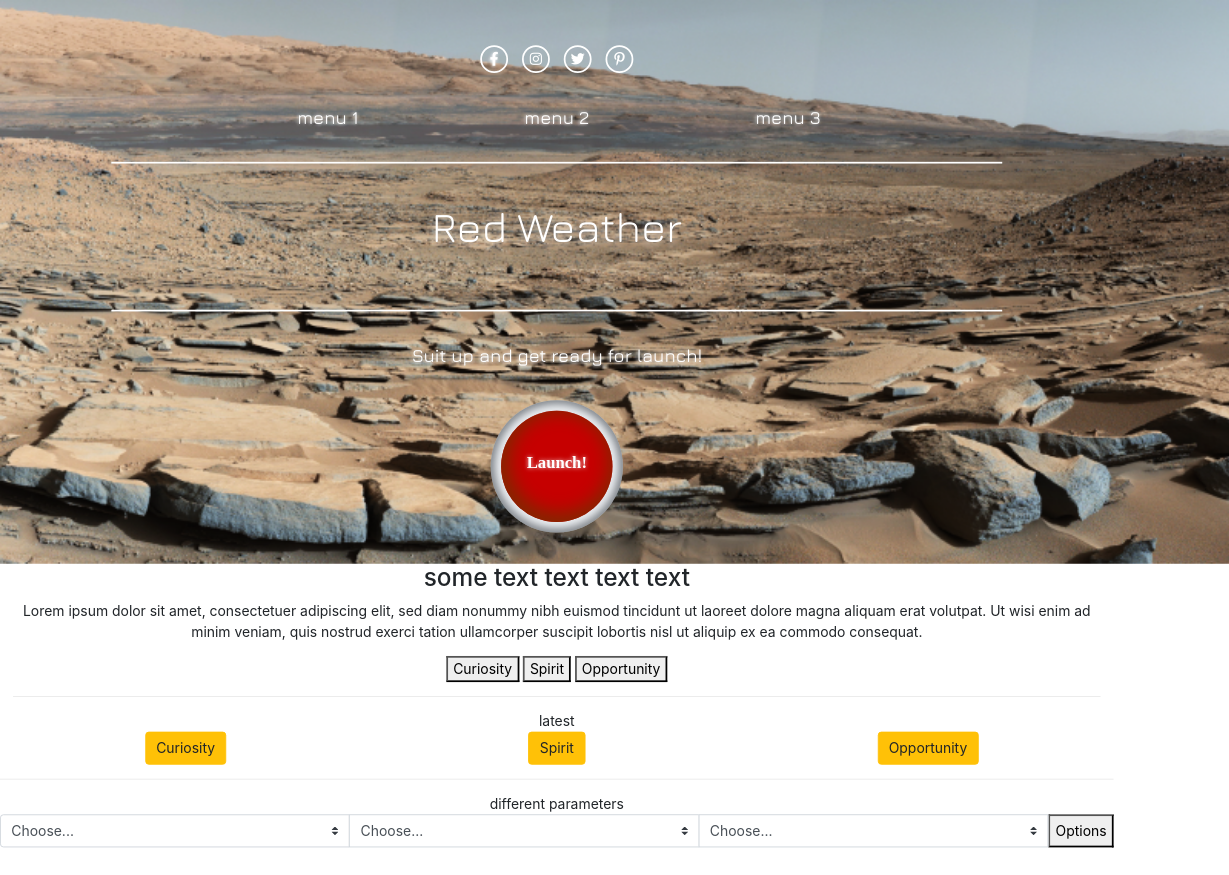
Repository: romqrq/Red-Planet-Explorer
Page: index.html
The author's editor kept a record of every edit. The page is drawn from the files as they stood at one moment, then again after the next edit.
The browser window is 1280 px wide. The page is 1413 px wide, so the pictures cover 1413 px, including what lies to the right of the window. The pictures show the whole page, at 87% of full size.
Some web fonts or font styles are not loaded; a fallback is used. Some web libraries are served in a nearby version.

Above is the page before.

### index.html
<!DOCTYPE html>
<html lang="en">

<head>
    <meta charset="UTF-8">
    <meta name="viewport" content="width=device-width, initial-scale=1.0">
    <meta http-equiv="X-UA-Compatible" content="ie=edge">
    <title>Red Weather</title>
    <link rel="stylesheet" href="https://cdnjs.cloudflare.com/ajax/libs/font-awesome/5.10.2/css/all.min.css" type="text/css" />
    <link rel="stylesheet" href="https://stackpath.bootstrapcdn.com/bootstrap/4.3.1/css/bootstrap.min.css" crossorigin="anonymous">
    <link rel="stylesheet" href="assets/css/style.css" type="text/css" />


    <script src="https://code.jquery.com/jquery-3.4.1.js" integrity="sha256-WpOohJOqMqqyKL9FccASB9O0KwACQJpFTUBLTYOVvVU=" crossorigin="anonymous"></script>
    <script type="text/javascript" src="assets/js/jquery.js"></script>
    <script type="text/javascript" src="assets/js/main.js"></script>
    <!--<script type="text/javascript" src="assets/js/main2.js"></script>-->
    <!--<script type="text/javascript" src="assets/js/main3.js"></script>-->

</head>

<body>
    <header>
        <div class="container-fluid main-screen-container">
            <img class="testbg" src="assets/images/mars.png"></img>
            <div class="row social-row">
                <div class="col-12 social-col">
                    <i class="fab fa-facebook-f round-border text-shadow"></i>
                    <i class="fab fa-instagram round-border"></i>
                    <i class="fab fa-twitter round-border"></i>
                    <i class="fab fa-pinterest-p round-border"></i>
                </div>
            </div>
            <div class="row" role="navigation">
                <a class="col-4 text-right main-text-light text-shadow" href="#">menu 1</a>
                <a class="col-4 text-center main-text-light text-shadow" href="#">menu 2</a>
                <a class="col-4 text-left main-text-light text-shadow" href="#">menu 3</a>
            </div>
            <hr class="hr-divider">
            <div class="row">
                <div class="col-12 text-center">
                    <p class="main-title title-shadow">Red Weather</p>
                </div>
            </div>
            <hr class="hr-divider">
            <div class="row">
                <div class="col-12">
                    <p class="main-text-light text-center text-shadow">Suit up and get ready for launch!</p>
                </div>
            </div>
            <div>
                <div class="launch-button-div">
                    <button class="btn launch-button">Launch!</button>
                </div>
            </div>
            <!--<div class="row">-->
            <!--    <div class=navbar>-->
            <!--        <ul class="navbar-nav">-->
            <!--            <li class="nav-item">-->
            <!--                <a href="#" class="nav-link">menu button 1</a>-->
            <!--            </li>-->
            <!--            <li class="nav-item">-->
            <!--                <a href="#" class="nav-link">menu button 2</a>-->
            <!--            </li>-->
            <!--            <li class="nav-item">-->
            <!--                <a href="#" class="nav-link">menu button 3</a>-->
            <!--            </li>-->
            <!--        </ul>-->
            <!--    </div>-->
            <!--</div>-->
        </div>
        <!--<nav class="navbar navbar-expand-md navbar-dark bg-blue">-->
        <!-- Brand -->
        <!--    <a class="brand-text" href="#"><span class="NE-text">RW</span> | Red Weather</a>-->

        <!-- Toggler/collapsibe Button -->
        <!--    <button class="navbar-toggler" type="button" data-toggle="collapse" data-target="#collapsibleNavbar">-->
        <!--        <span class="navbar-toggler-icon"></span>-->
        <!--    </button>-->

        <!-- Navbar links -->
        <!--    <div class="collapse navbar-collapse" id="collapsibleNavbar">-->
        <!--        <ul class="navbar-nav">-->
        <!--            <li class="nav-item">-->
        <!--                <a class="nav-link" href="#">Link</a>-->
        <!--            </li>-->
        <!--            <li class="nav-item">-->
        <!--                <a class="nav-link" href="#">Link</a>-->
        <!--            </li>-->
        <!--            <li class="nav-item">-->
        <!--                <a class="nav-link" href="#">Link</a>-->
        <!--            </li>-->
        <!--        </ul>-->
        <!--    </div>-->
        <!--</nav>-->
    </header>
    <section class="callout">
        <div class="container-fluid text-center align-middle">
            <div>
                <h3>some text text text text</h3>
                <p>Lorem ipsum dolor sit amet, consectetuer adipiscing elit, sed diam nonummy nibh euismod tincidunt ut laoreet dolore magna aliquam erat volutpat. Ut wisi enim ad minim veniam, quis nostrud exerci tation ullamcorper suscipit lobortis nisl
                    ut aliquip ex ea commodo consequat.</pp>
            </div>
            <button onclick="setName('curiosity'), writeToDocument()">Curiosity</button>
            <button onclick="setName('spirit'), writeToDocument()">Spirit</button>
            <button onclick="setName('opportunity')">Opportunity</button>
            <hr>
            <div>latest</div>
            <div class="row">
                <div class="col-4">
                    <button class="btn btn-warning latest-button" id="buttonCuriosity" onclick="writeLatestToDocument()" value="curiosity">Curiosity</button>
                </div>
                <div class="col-4">
                    <button class="btn btn-warning latest-button" id="buttonSpirit" onclick="writeLatestToDocument()" value="spirit">Spirit</button>
                </div>
                <div class="col-4">
                    <button class="btn btn-warning latest-button" id="buttonOpportunity" onclick="writeLatestToDocument()" value="opportunity">Opportunity</button>
                </div>
            </div>
        </div>
    </section>
    <hr>
    <div class=text-center>different parameters</div>
    <div class="input-group mb-3">
        <div class="input-group mb-3">
            <select class="custom-select" id="inputRoverName">
            <option selected>Choose...</option>
            <option value="curiosity">Curiosity</option>
            <option value="spirit">Spirit</option>
            <option value="opportunity">Opportunity</option>
        </select>
            <select class="custom-select" id="inputSolNumber">
          <option selected>Choose...</option>
          <option value="500">500</option>
          <option value="1000">1000</option>
          <option value="1500">1500</option>
        </select>
            <select class="custom-select" id="inputCamName">
          <option selected>Choose...</option>
          <option value="fhaz">FHAZ</option>
          <option value="rhaz">RHAZ</option>
          <option value="mast">Mast</option>
        </select>
            <button onclick="writeParamsToDocument()">Options</button>
        </div>


        <div id="data"></div>
        <div id="data2"></div>
        <footer>

        </footer>
        <script src="https://code.jquery.com/jquery-3.3.1.slim.min.js" integrity="sha384-q8i/X+965DzO0rT7abK41JStQIAqVgRVzpbzo5smXKp4YfRvH+8abtTE1Pi6jizo" crossorigin="anonymous"></script>
        <script src="https://cdnjs.cloudflare.com/ajax/libs/popper.js/1.14.7/umd/popper.min.js" integrity="sha384-UO2eT0CpHqdSJQ6hJty5KVphtPhzWj9WO1clHTMGa3JDZwrnQq4sF86dIHNDz0W1" crossorigin="anonymous"></script>
        <script src="https://stackpath.bootstrapcdn.com/bootstrap/4.3.1/js/bootstrap.min.js" integrity="sha384-JjSmVgyd0p3pXB1rRibZUAYoIIy6OrQ6VrjIEaFf/nJGzIxFDsf4x0xIM+B07jRM" crossorigin="anonymous"></script>

</body>

</html>

### assets/css/style.css
/*General*/

@import url('https://fonts.googleapis.com/css?family=Revalia|Roboto:400,500|Jura:300,400,500&display=swap');

.testbg {
    position: absolute;
    top: 0;
    left: 0;
    height: 90vh;
    z-index: -1;
}

a {
    text-decoration: none;
    color: inherit;

}

/*.bg-blue {*/

/*    background-color: #01479e;*/

/*}*/

/*.callout {*/

/*    background-color: #e9ecefb0;*/

/*    height: 50vh;*/

/*}*/

.title-shadow {
    text-shadow: -1px 3px 8px #ffffff9e;
}

.text-shadow {
    text-shadow: -1px 1px 4px #ffffff;
}

.no-side-padding {
    padding-left: 0;
    padding-right: 0;
}

.main-screen-container {
    height: 90vh;
    padding: 1rem;
    /*background-image: url("mars.png");*/
    /*background-position: center;*/
    /*background-repeat: no-repeat;*/
    /*background-size: cover;*/
    /*background-color: black;*/
    display: flex;
    flex-direction: column;
    justify-content: space-evenly;
}

.social-row {
    padding: 1rem;
}

.social-col {
    flex-direction: row;
    display: flex;
    justify-content: center;
}

.round-border {
    border-radius: 50%;
    height: 2rem;
    border: 2px solid white;
    width: 2rem;
    justify-content: center;
    display: flex;
    line-height: 1.8rem;
    color: white;
    margin: 0 0.5rem;
}

.main-text-light {
    color: white;
    font-family: "Jura", "Revalia";
    font-weight: 500;
    font-size: 1.3rem;
}

.main-title {
    font-family: "Revalia", "Jura";
    font-size: 3rem;
    color: white;
    padding: 0 0 0.5rem;
}

.hr-divider {
    border-top: 2px solid rgb(255, 255, 255);
    width: 80vw;
}

.launch-button-div {
    height: 9.5rem;
    width: 9.5rem;
    background-color: #e9ecef;
    padding: 0.75rem;
    border-radius: 50%;
    box-shadow: inset 0px 0px 9px 5px #343a408a;
    margin: auto;
}

.launch-button {
    background-color: #c60000;
    color: white;
    border: 0px solid white;
    font-size: 1.2rem;
    font-family: "Revalia";
    font-weight: 700;
    text-shadow: 0px 0px 5px #ffffffcf;
    padding: 0.5rem 1rem 1rem;
    height: 8rem;
    width: 8rem;
    border-radius: 50%;
    box-shadow: inset 3px -4px 20px 7px #842600;
}

/*.main-subtitle {*/

/*    color: white;*/

/*    font-family: "Jura", "Revalia";*/

/*    font-weight: 500;*/

/*    font-size: 1.3rem;*/

/*}*/

### assets/js/jquery.js
$(document).ready(function(value) {
    var roverName = this.value;
});

### assets/js/main.js
// var roverName = "curiosity";
// var solNumber = ""; //"&sol=1000";
// var camName = "&camera=FHAZ";
// var pageNumber = ""; //"&page=1"
// var earthDate = "earth_date=2015-6-3"


//WORKS xhr.open("GET", "https://api.nasa.gov/insight_weather/?api_key=unJZiQapXhyZamSl37P8FEh7Zlssi7xmaIF4l95b&feedtype=json&ver=1.0");
//WORKS xhr.open("GET", "https://api.nasa.gov/mars-photos/api/v1/rovers/curiosity/latest_photos?api_key=unJZiQapXhyZamSl37P8FEh7Zlssi7xmaIF4l95b&feedtype=json&ver=1.0");
//WORKS xhr.open("GET", "https://api.nasa.gov/mars-photos/api/v1/manifests/curiosity?api_key=unJZiQapXhyZamSl37P8FEh7Zlssi7xmaIF4l95b&feedtype=json&ver=1.0");




//Pick latest photo by rover name
function getData(cb) {
    var e = document.getElementById("input1");
    var roverName = e.options[e.selectedIndex].value;
    var xhr = new XMLHttpRequest();
    xhr.onreadystatechange = function() {
        if (this.readyState == 4 && this.status == 200) {
            // document.getElementById("data").innerHTML = JSON.parse(this.responseText);
            console.log(JSON.parse(this.responseText));
            cb(JSON.parse(this.responseText));
        }
    };
    xhr.open("GET", "https://api.nasa.gov/mars-photos/api/v1/rovers/" + roverName + "/latest_photos?api_key=unJZiQapXhyZamSl37P8FEh7Zlssi7xmaIF4l95b&feedtype=json&ver=1.0");
    xhr.send();

}

function writeToDocument(roverName) {
    var el = document.getElementById("data");
    el.innerHTML = "";

    getData(function(data) {
        data = data.latest_photos;

        data.forEach(function(item) {
            el.innerHTML += `<img src=${item.img_src} height=150 width=150>`;
        });
    });
}





// function getLatest(cb) {
// 	var xhr = new XMLHttpRequest();

// 	xhr.onreadystatechange = function() {
// 		if (this.readyState == 4 && this.status == 200) {
// 			// document.getElementById("data").innerHTML = JSON.parse(this.responseText);
// 			console.log(JSON.parse(this.responseText));
// 			cb(JSON.parse(this.responseText));
// 		}
// 	};

// 	xhr.open("GET", "https://api.nasa.gov/mars-photos/api/v1/rovers/curiosity/latest_photos?api_key=unJZiQapXhyZamSl37P8FEh7Zlssi7xmaIF4l95b&feedtype=json&ver=1.0");
// 	xhr.send();
// }

// function writeToDocument() {
// 	var el = document.getElementById("data");
// 	el.innerHTML = "";

// 	getLatest(function(data) {
// 		data = data.latest_photos;

// 		data.forEach(function(item) {
// 			el.innerHTML += `<img src=${item.img_src} height=150 width=150>`;
// 		});
// 	});
// }
var xhr = new XMLHttpRequest();
var roverName = ""; //"curiosity";
var solNumber = ""; //"&sol=1000";
var camName = ""; //"&camera=FHAZ";
var pageNumber = ""; //"&page=1"
var earthDate = ""; //"earth_date=2015-6-3"

function getData(cb) {
    var rvn = document.getElementById("inputRoverName");
    var roverName = rvn.options[rvn.selectedIndex].value;

    var snb = document.getElementById("inputSolNumber");
    var solNumber = `&sol=${snb.options[snb.selectedIndex].value}`;

    var cmn = document.getElementById("inputCamName");
    var camName = `&camera=${cmn.options[cmn.selectedIndex].value}`;

    // var pgn = document.getElementById("inputPageNumber");
    // var pageNumber = `&page=${pgn.options[pgn.selectedIndex].value}`;

    // var ead = document.getElementById("inputEarthDate");
    // var earthDate = `earth_date=${ead.options[ead.selectedIndex].value}`;

    var xhr = new XMLHttpRequest();
    xhr.onreadystatechange = function() {
        if (this.readyState == 4 && this.status == 200) {
            // document.getElementById("data").innerHTML = JSON.parse(this.responseText);
            console.log(JSON.parse(this.responseText));
            cb(JSON.parse(this.responseText));
        }
    };
    xhr.open("GET", `https://api.nasa.gov/mars-photos/api/v1/rovers/${roverName}/photos?${earthDate}${solNumber}${camName}${pageNumber}&api_key=unJZiQapXhyZamSl37P8FEh7Zlssi7xmaIF4l95b`);
    xhr.send();

}

function writeToDocument() {
    var el = document.getElementById("data");
    el.innerHTML = "";

    getData(function(data) {
        data = data.photos;

        data.forEach(function(item) {
        // for (item in data) {
            el.innerHTML += `<img src=${item.img_src} height=150 width=150>`;
        });
    });
}

After the next edit:
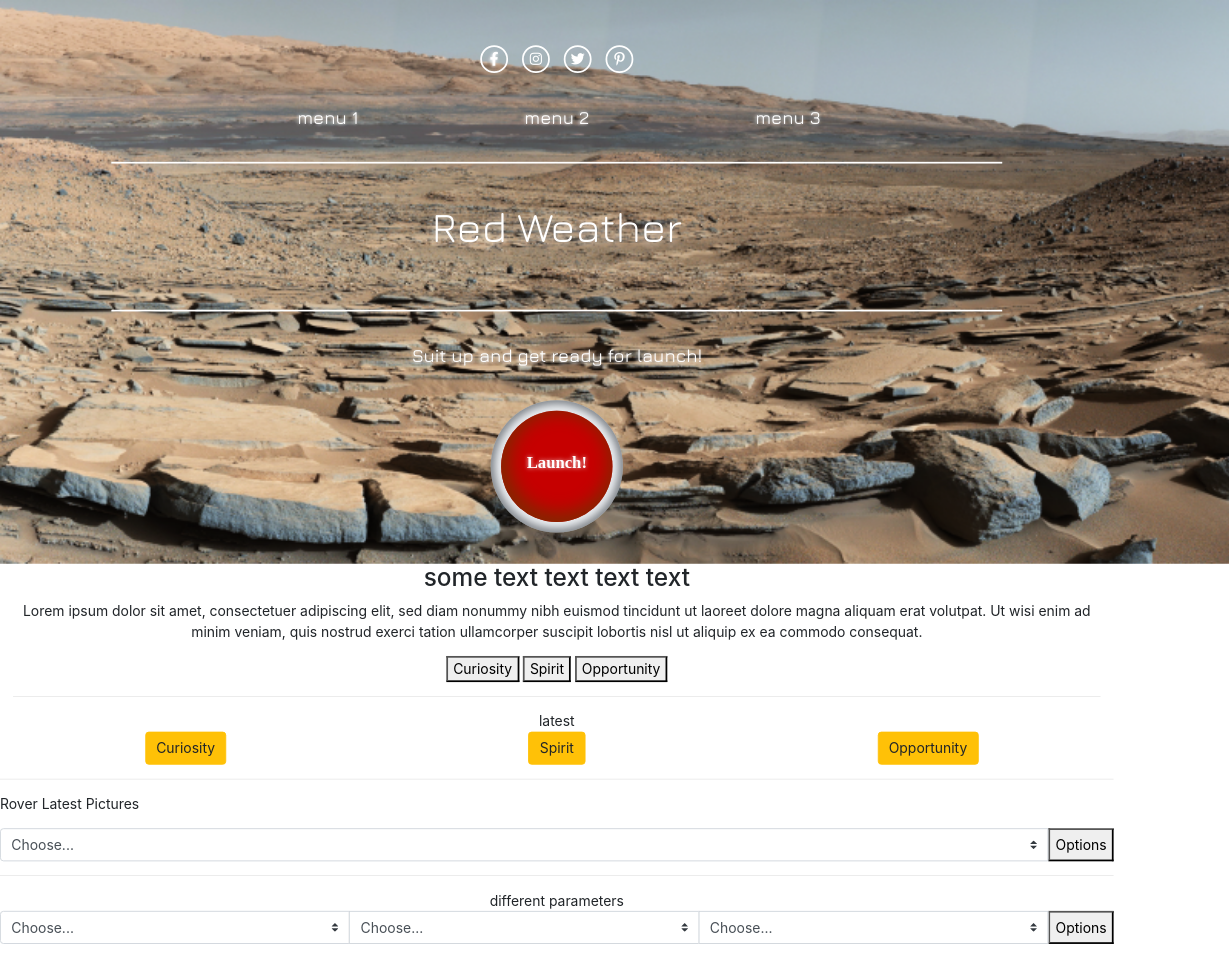
The edit:
--- a/index.html
+++ b/index.html
@@ -120,6 +120,17 @@
         </div>
     </section>
     <hr>
+    <p>Rover Latest Pictures</p>
+    <div class="input-group mb-3">
+        <select class="custom-select" id="inputLatestRoverPhoto">
+            <option selected>Choose...</option>
+            <option value="curiosity">Curiosity</option>
+            <option value="spirit">Spirit</option>
+            <option value="opportunity">Opportunity</option>
+        </select>
+        <button onclick="writeLatestToDocument()">Options</button>
+    </div>
+    <hr>
     <div class=text-center>different parameters</div>
     <div class="input-group mb-3">
         <div class="input-group mb-3">
